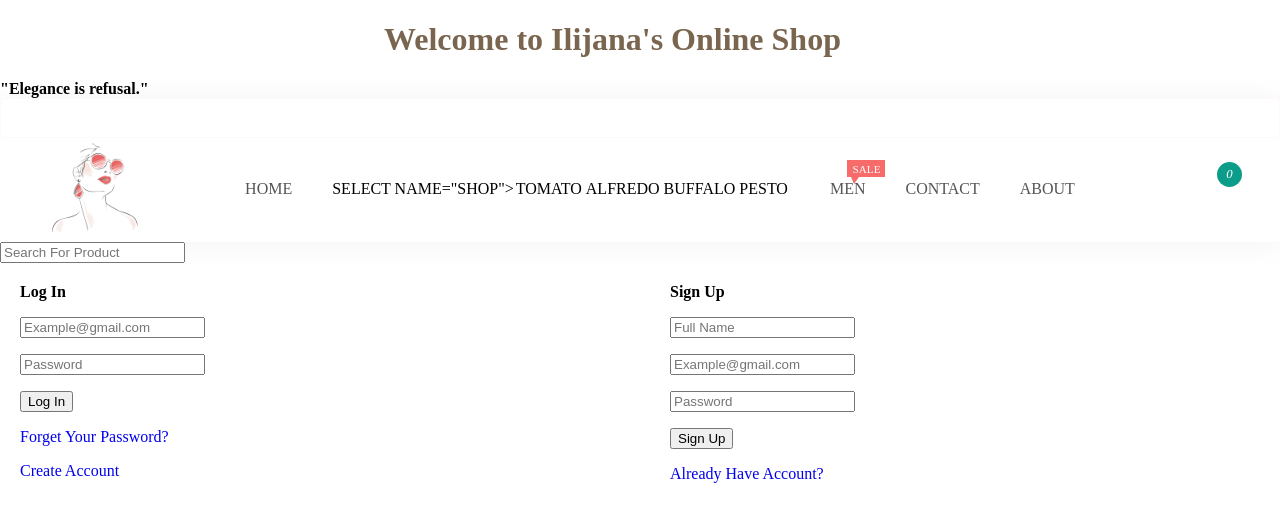
Repository: ilijana123/Proekt1
Page: html.html
An editor plug-in stored every save of this project. The page is shown before and after the next save, followed by the edit.
The browser window is 1280 px wide. The pictures show the part of the page from y = 0 to 532 px (the page is 4347 px tall).
Pictures or frames that could not be fetched are drawn as grey boxes. A picture or video elsewhere on the page could not be fetched, so the positions and the page height are approximate. The page's requests for data from a server got no answer.

Above is the page before, as saved 2023-11-13 15:40:22.
Console error: TypeError: Cannot read properties of null (reading 'appendChild')

After the next save:
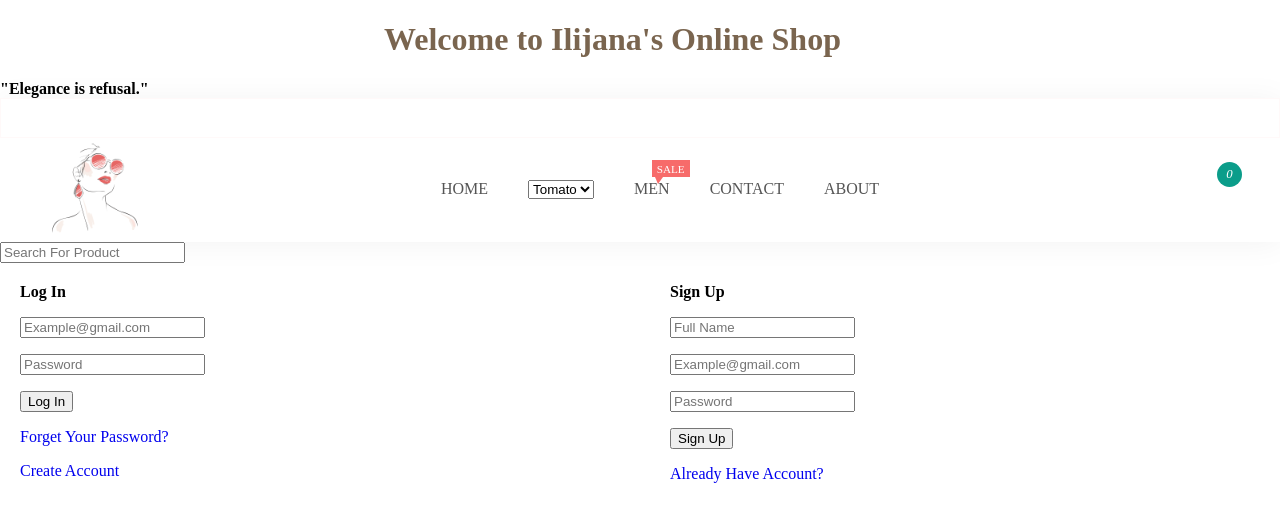
Saved 12 s later.
--- a/html.html
+++ b/html.html
@@ -31,7 +31,7 @@
      <div class="toggle"></div>
      <ul class="menu">
          <li><a href="#">Home</a></li>
-         <li > select name="Shop">
+         <li> <select name="Shop">
                 <option selected>Tomato</option>
                 <option>Alfredo</option>
                 <option>Buffalo</option>
